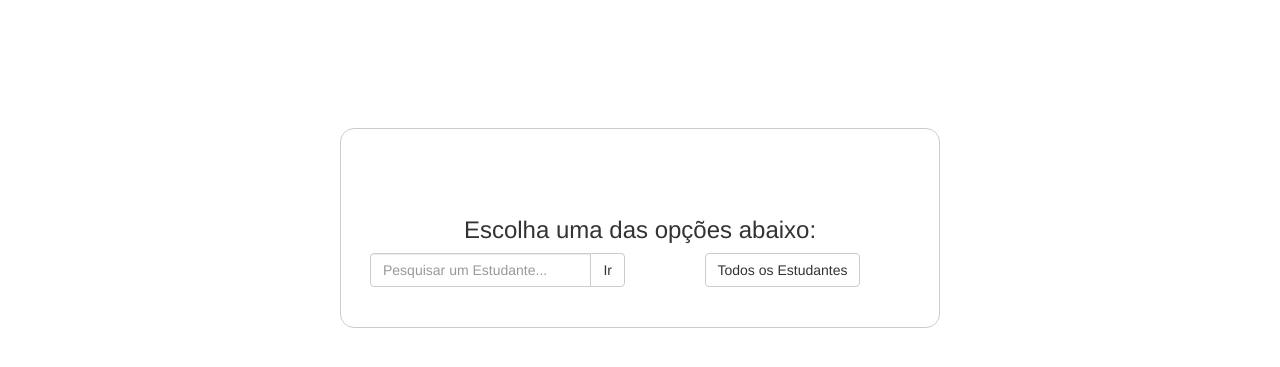
Repository: ipti/br.tag.webservice
Page: http://localhost/Restful-API-TAG/students.jsp
These files come from the project's save history. The page is drawn as it stood at one moment and after the next save; the edit follows.
The browser window is 1280 px wide. The pictures show the whole page.
The page is served by Tomcat 9. Other server files are loaded and not shown.

Above is the page before, as saved 2016-04-27 13:35:42.

### Restful-API-TAG/WebContent/students.jsp
<%@ page language="java" contentType="text/html; charset=ISO-8859-1"
	pageEncoding="ISO-8859-1"%>
<!DOCTYPE html PUBLIC "-//W3C//DTD HTML 4.01 Transitional//EN" "http://www.w3.org/TR/html4/loose.dtd">
<html>
<head>
<link rel="stylesheet" href="css/styles.css">
<link href="css/bootstrap.min.css" rel="stylesheet">
<meta http-equiv="Content-Type" content="text/html; charset=ISO-8859-1">
<title>API TAG - Estudantes</title>
</head>
<body>
	<div id="studentsDiv">
		<h3 id="titleH3">Escolha uma das opções abaixo:</h3>

		<div class="btn-group-md text-center" role="group" aria-label="...">
			<a type="submit" class="btn btn-default"
				href="${pageContext.request.contextPath}/api/TagService/getStudents">Todos
				os Estudantes</a>

			<div class="col-lg-6">
				<div class="input-group">
					<input type="text" class="form-control"
						placeholder="Pesquisar um Estudante..."> <span
						class="input-group-btn">
						<button class="btn btn-default" type="button">Ir</button>
					</span>
				</div>
				<!-- /input-group -->
			</div>
		</div>
</body>
</html>

### Restful-API-TAG/WebContent/css/styles.css
@CHARSET "ISO-8859-1";

#mainDiv {
    /* Just to center the form on the page */
    margin: 10% auto;
    width: 400px;
    height: 200px;
    /* To see the outline of the form */
    padding: 1em;
    border: 1px solid #CCC;
    border-radius: 1em;
}

#studentsDiv {
    /* Just to center the form on the page */
    margin: 10% auto;
    width: 600px;
    height: 200px;
    /* To see the outline of the form */
    padding: 1em;
    border: 1px solid #CCC;
    border-radius: 1em;
}

#titleH3 {
	text-align: center;
	margin-top: 13%;
}

#titleStudents {
	text-align: center;
	margin-top: 10%;
}

Loaded but not shown: Restful-API-TAG/WebContent/css/bootstrap.min.css (library)

After the next save:
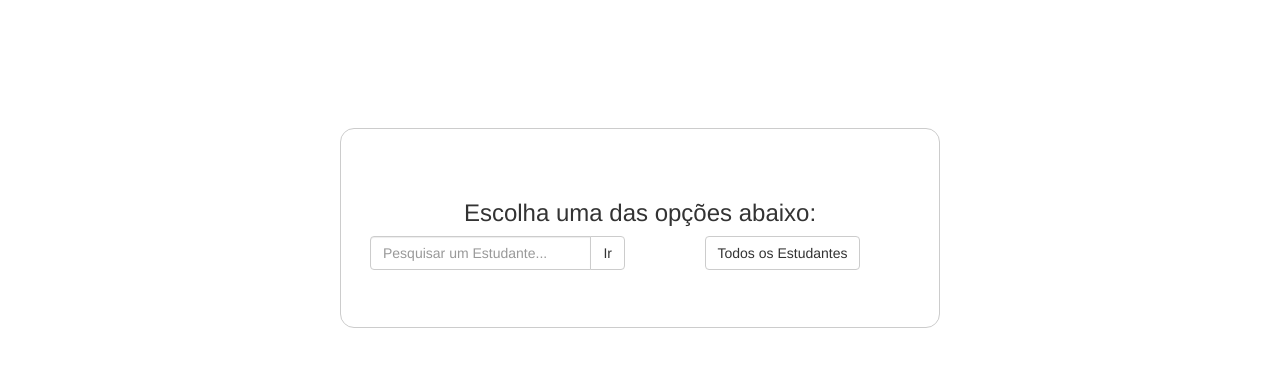
Saved 8 s later.
--- a/Restful-API-TAG/WebContent/students.jsp
+++ b/Restful-API-TAG/WebContent/students.jsp
@@ -10,7 +10,7 @@
 </head>
 <body>
 	<div id="studentsDiv">
-		<h3 id="titleH3">Escolha uma das opções abaixo:</h3>
+		<h3 id="titleStudents">Escolha uma das opções abaixo:</h3>
 
 		<div class="btn-group-md text-center" role="group" aria-label="...">
 			<a type="submit" class="btn btn-default"
